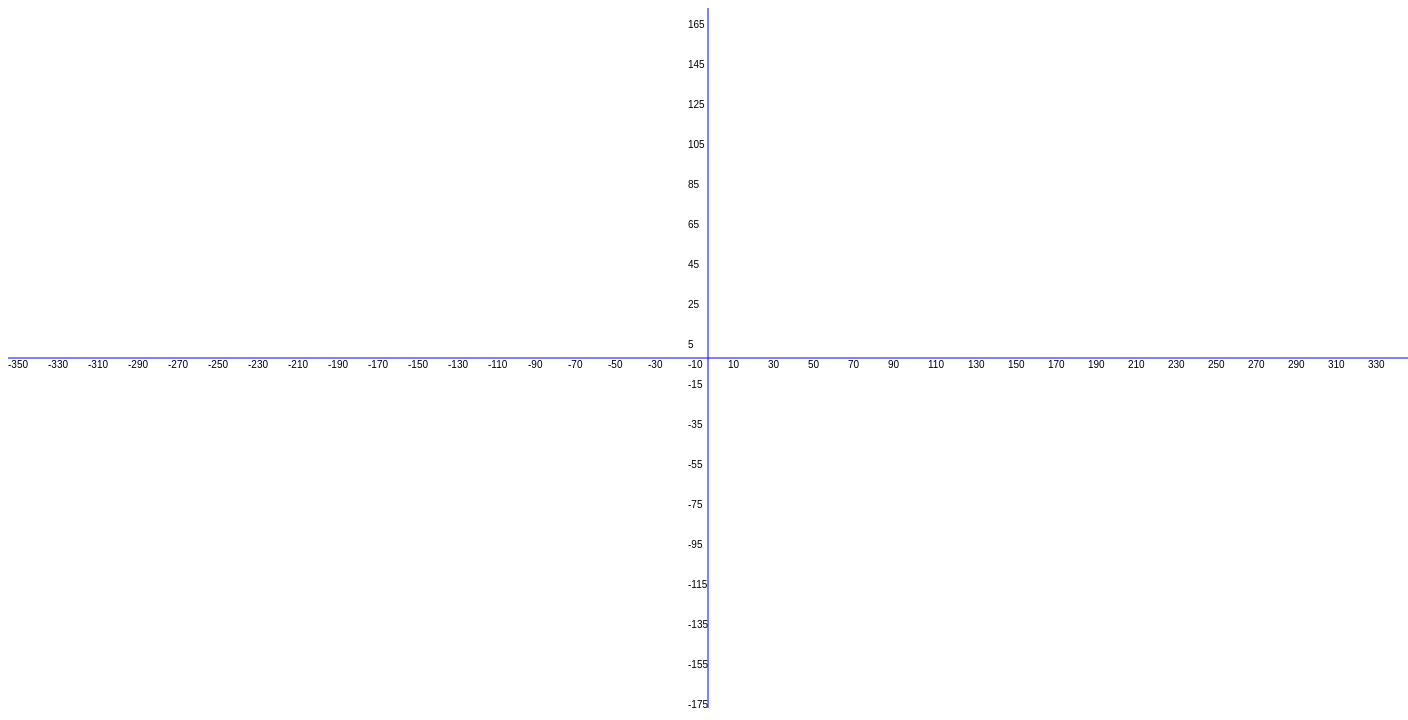
Repository: tclintaichung/book
Page: ex16/ex16_01/frame.html
These files come from the project's save history. The page is drawn as it stood at one moment and after the next save; the edit follows.
The browser window is 1280 px wide. The page is 1408 px wide, so the pictures cover 1408 px, including what lies to the right of the window. The pictures show the whole page.

Above is the page before, as saved 2025-09-27 16:03:04.

### ex16/ex16_01/frame.html
<!DOCTYPE html>
<html lang="en">
<head>
    <meta charset="UTF-8">
    <meta name="viewport" content="width=device-width, initial-scale=1.0">
    <title>Parabola curves</title>
</head>
<body>
    <canvas id="myCanvas" width="300px" height="300px"></canvas>
    <script>
        const a = 3;
        const b = -6;
        const c = 4;
        const colors = ["#FF0000", "#00FF00", "#0000FF", "#FFFF00", "#FFA500", "#FFFFFF"];
        const myCanvas = document.getElementById("myCanvas");
        const ctx = myCanvas.getContext("2d");
        myCanvas.width = 1400;
        myCanvas.height = 700
        const point_x = [];
        const point_y1 = [];
        const point_y2 = [];
        const scale = 2.;

        frame(0, myCanvas.width, 0, myCanvas.height, scale);

        function frame(x_min, x_max, y_min, y_max, scale) {
            const center_x = (x_min + x_max) / 2;
            const center_y = (y_min + y_max) / 2;
            const step = 20 * scale;
            ctx.beginPath();
            ctx.moveTo(x_min, center_y);
            ctx.lineTo(x_max, center_y);
            ctx.moveTo(center_x, y_min);
            ctx.lineTo(center_x, y_max);
            ctx.strokeStyle = colors[2];
            ctx.lineWidth = 1;
            ctx.stroke();
            let label_i = 0;
            for (let i = x_min; i <= x_max; i += step) {
                label_i = (i - center_x) / scale;
                ctx.fillText(String(label_i), i, center_y + 10);
            }
            for (let i = y_min; i <= y_max; i += step) {
                label_i = (i - center_y) / scale;
                ctx.fillText(String(label_i), center_x - 20, y_max -i);
            }
        }
   </script>
</body>
</html>

After the next save:
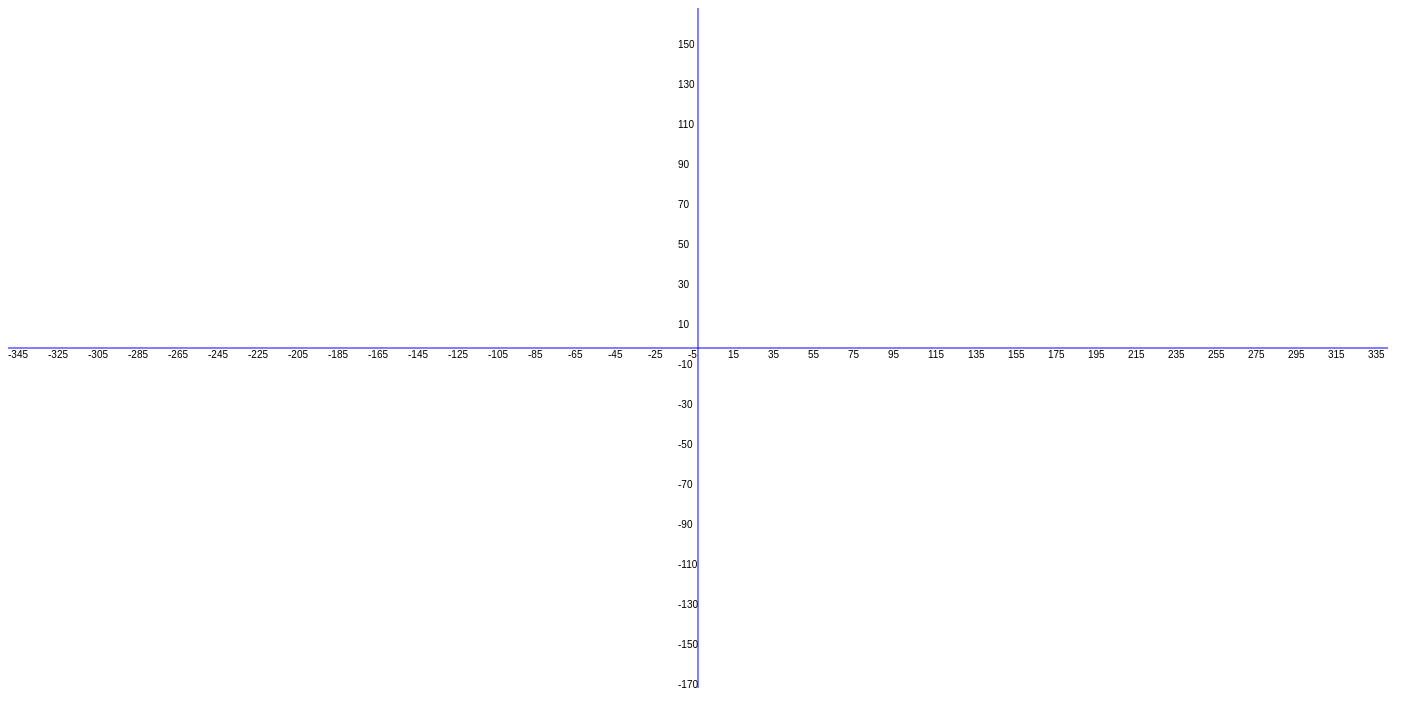
Saved 35 s later.
--- a/ex16/ex16_01/frame.html
+++ b/ex16/ex16_01/frame.html
@@ -21,7 +21,7 @@
         const point_y2 = [];
         const scale = 2.;
 
-        frame(0, myCanvas.width, 0, myCanvas.height, scale);
+        frame(0, myCanvas.width - 20, 0, myCanvas.height - 20, scale);
 
         function frame(x_min, x_max, y_min, y_max, scale) {
             const center_x = (x_min + x_max) / 2;
